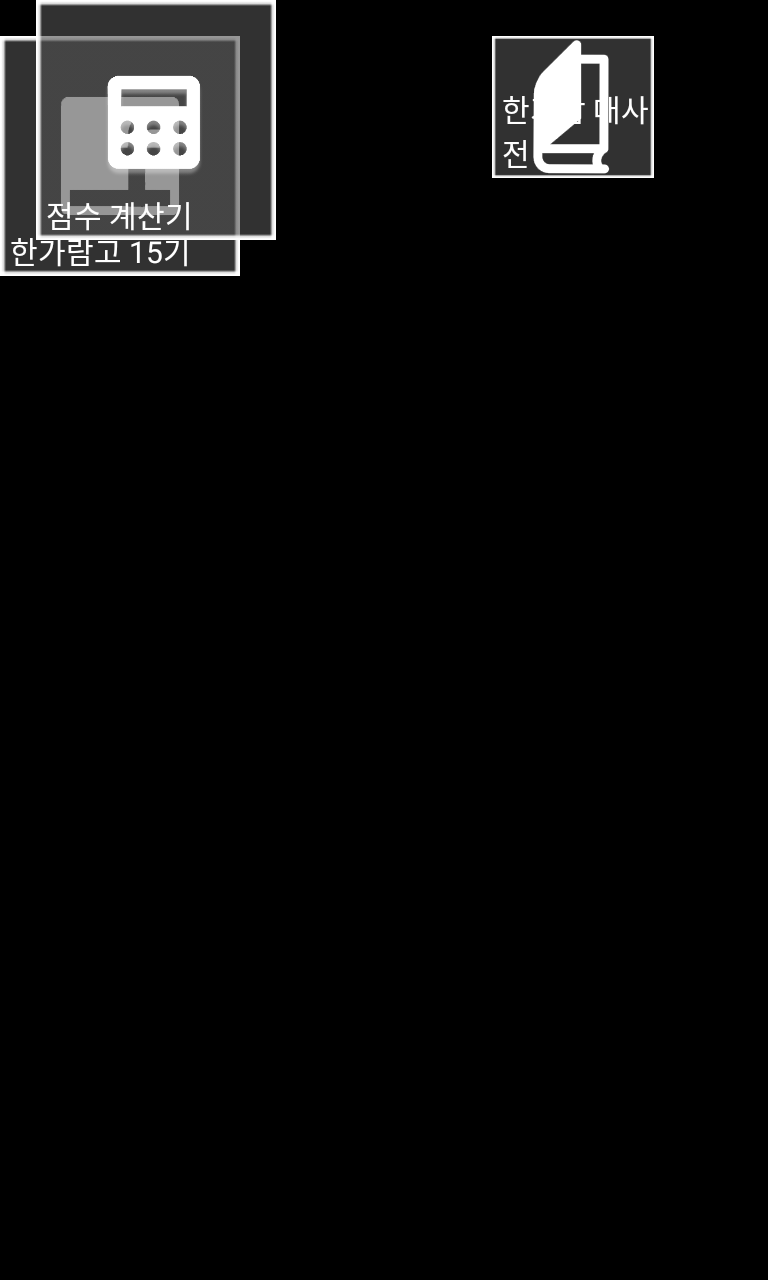
Repository: hgrateam/HangaramAPP_OLD-v2.0.6
Layout: HangaramAPP/res/layout/metro_view_menu2.xml
These files come from the project's save history. The layout is drawn as it stood at one moment and after the next save; the edit follows.
It is drawn on a 768 x 1280 px phone screen (xhdpi) without system bars, with theme android:Theme.Black.NoTitleBar; the app's code is not run.

Above is the layout before, as saved 2012-07-11 18:10:05.

After the next save:
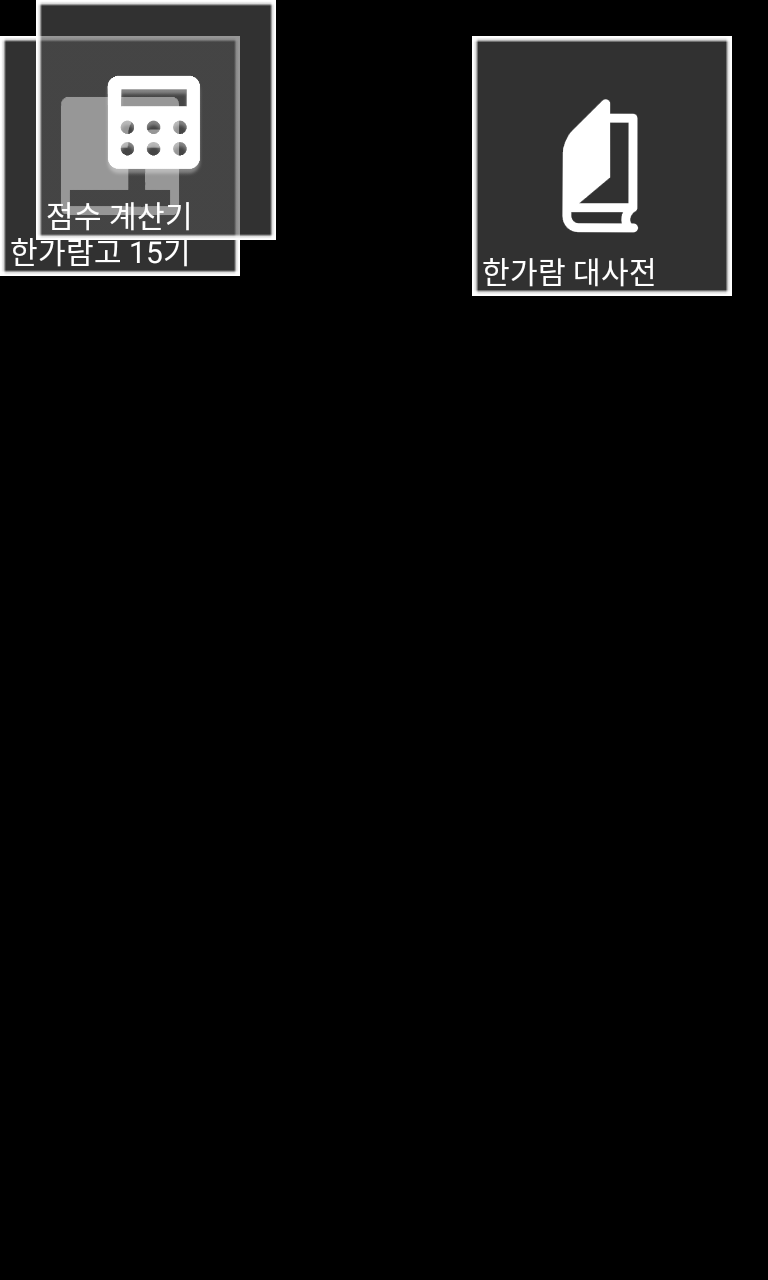
Saved 23 s later.
--- a/HangaramAPP/res/layout/metro_view_menu2.xml
+++ b/HangaramAPP/res/layout/metro_view_menu2.xml
@@ -91,22 +91,24 @@
 
         <FrameLayout
             android:id="@+id/lwiki"
-            android:layout_width="120dp"
-            android:layout_height="120dp"
+            android:layout_width="130dp"
+            android:layout_height="130dp"
             android:layout_alignParentRight="true"
             android:layout_alignParentTop="true"
             android:layout_marginRight="18dp"
             android:layout_marginTop="18dp" >
 
+
             <Button
                 android:id="@+id/toHGRency"
-                android:layout_width="92dp"
-                android:layout_height="94dp"
+                android:layout_width="fill_parent"
+                android:layout_height="fill_parent"
                 android:background="#00000000" />
 
+
             <RelativeLayout
-                android:layout_width="81dp"
-                android:layout_height="71dp"
+                android:layout_width="fill_parent"
+                android:layout_height="fill_parent"
                 android:background="@drawable/trans_frame_btn2" >
 
                 <TextView
